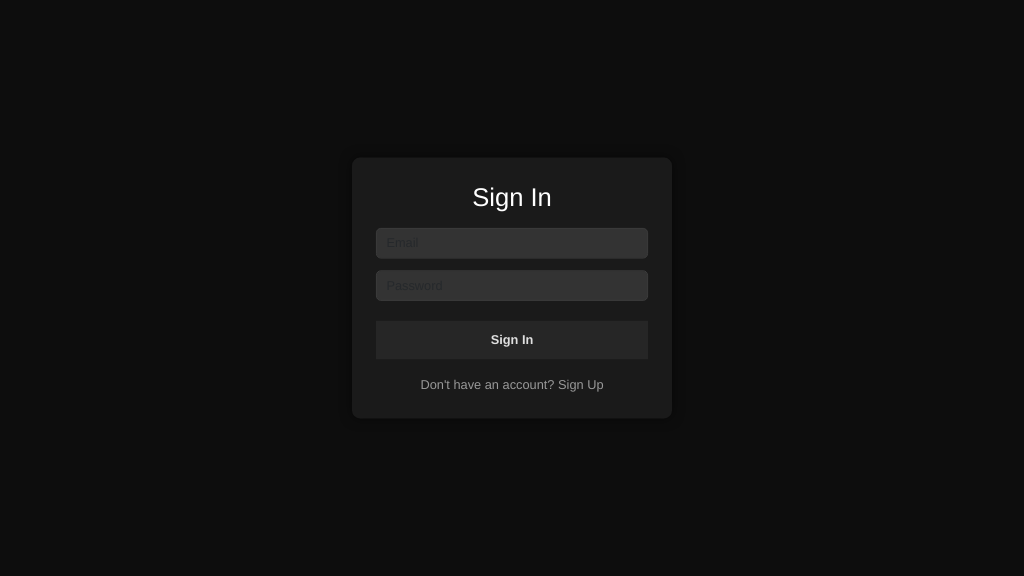
Repository: KidBillionaire/newapp
Page: public/index.html
These files come from the project's save history. The page is drawn as it stood at one moment and after the next save; the edit follows.
The browser window is 1280 px wide. The pictures show the whole page, at 80% of full size.

Above is the page before, as saved 2024-10-10 23:08:51.

### public/index.html
<!DOCTYPE html>
<html lang="en">
<head>
  <meta charset="UTF-8">
  <meta name="viewport" content="width=device-width, initial-scale=1.0">
  <title>Bluff Royale - Sign In & Sign Up</title>
  <link href="https://cdn.jsdelivr.net/npm/bootstrap@5.3.0/dist/css/bootstrap.min.css" rel="stylesheet">
  <style>
    body, html {
      height: 100%;
      margin: 0;
      font-family: 'Helvetica Neue', sans-serif;
      background: #0d0d0d;
      color: #e0e0e0;
    }

    .container {
      height: 100vh;
      display: flex;
      justify-content: center;
      align-items: center;
    }

    .auth-form {
      background-color: #1a1a1a;
      padding: 30px;
      border-radius: 10px;
      box-shadow: 0 0 15px rgba(0, 0, 0, 0.5);
      width: 400px;
      text-align: center;
    }

    .auth-form h2 {
      color: #ffffff;
      margin-bottom: 20px;
    }

    .form-control {
      background-color: #333;
      color: #fff;
      border: 1px solid #444;
      margin-bottom: 15px;
    }

    .btn-auth {
      width: 100%;
      padding: 12px;
      border: none;
      background: #262626;
      color: #e0e0e0;
      font-weight: bold;
      margin-top: 10px;
      transition: all 0.3s ease;
    }

    .btn-auth:hover {
      background-color: #595959;
    }

    .toggle-link {
      display: block;
      margin-top: 20px;
      color: #999;
      cursor: pointer;
    }

    .toggle-link:hover {
      color: #ccc;
    }
  </style>
</head>
<body>
  <div class="container">
    <!-- Authentication Form -->
    <div class="auth-form">
      <h2 id="form-title">Sign In</h2>

      <!-- Username Field (only visible for sign-up) -->
      <input type="text" id="username" class="form-control" placeholder="Username" style="display: none;">

      <!-- Email Field -->
      <input type="email" id="email" class="form-control" placeholder="Email" required>

      <!-- Password Field -->
      <input type="password" id="password" class="form-control" placeholder="Password" required>

      <!-- Auth Button -->
      <button id="auth-button" class="btn-auth">Sign In</button>

      <!-- Toggle Link for Switching between Sign In & Sign Up -->
      <span id="toggle-link" class="toggle-link">Don't have an account? Sign Up</span>
    </div>
  </div>

  <script>
    // HTML Elements
    const formTitle = document.getElementById('form-title');
    const usernameInput = document.getElementById('username');
    const emailInput = document.getElementById('email');
    const passwordInput = document.getElementById('password');
    const authButton = document.getElementById('auth-button');
    const toggleLink = document.getElementById('toggle-link');

    // State Variable to Track Form Mode
    let isSignUpMode = false;

    // Toggle between Sign In and Sign Up
    toggleLink.addEventListener('click', () => {
      isSignUpMode = !isSignUpMode;
      if (isSignUpMode) {
        formTitle.textContent = 'Sign Up';
        authButton.textContent = 'Sign Up';
        usernameInput.style.display = 'block';
        toggleLink.textContent = 'Already have an account? Sign In';
      } else {
        formTitle.textContent = 'Sign In';
        authButton.textContent = 'Sign In';
        usernameInput.style.display = 'none';
        toggleLink.textContent = "Don't have an account? Sign Up";
      }
    });

    // Handle Authentication (Sign In or Sign Up)
    authButton.addEventListener('click', async () => {
      const email = emailInput.value;
      const password = passwordInput.value;

      if (isSignUpMode) {
        const username = usernameInput.value;
        try {
          // API Call for Sign Up
          const response = await fetch('http://localhost:3000/users', {
            method: 'POST',
            headers: { 'Content-Type': 'application/json' },
            body: JSON.stringify({ username, email, password })
          });

          const data = await response.json();
          if (response.ok) {
            alert('Sign Up Successful!');
            window.localStorage.setItem('token', data.token); // Save the JWT
            window.location.href = 'homepage.html'; // Redirect to homepage (create if needed)
          } else {
            alert(data.message);
          }
        } catch (error) {
          console.error('Error during sign-up:', error);
        }
      } else {
        try {
          // API Call for Sign In
          const response = await fetch('http://localhost:3000/users/login', {
            method: 'POST',
            headers: { 'Content-Type': 'application/json' },
            body: JSON.stringify({ email, password })
          });

          const data = await response.json();
          if (response.ok) {
            alert('Sign In Successful!');
            window.localStorage.setItem('token', data.token); // Save the JWT
            window.location.href = 'homepage.html'; // Redirect to homepage (create if needed)
          } else {
            alert(data.message);
          }
        } catch (error) {
          console.error('Error during sign-in:', error);
        }
      }
    });
  </script>
</body>
</html>

After the next save:
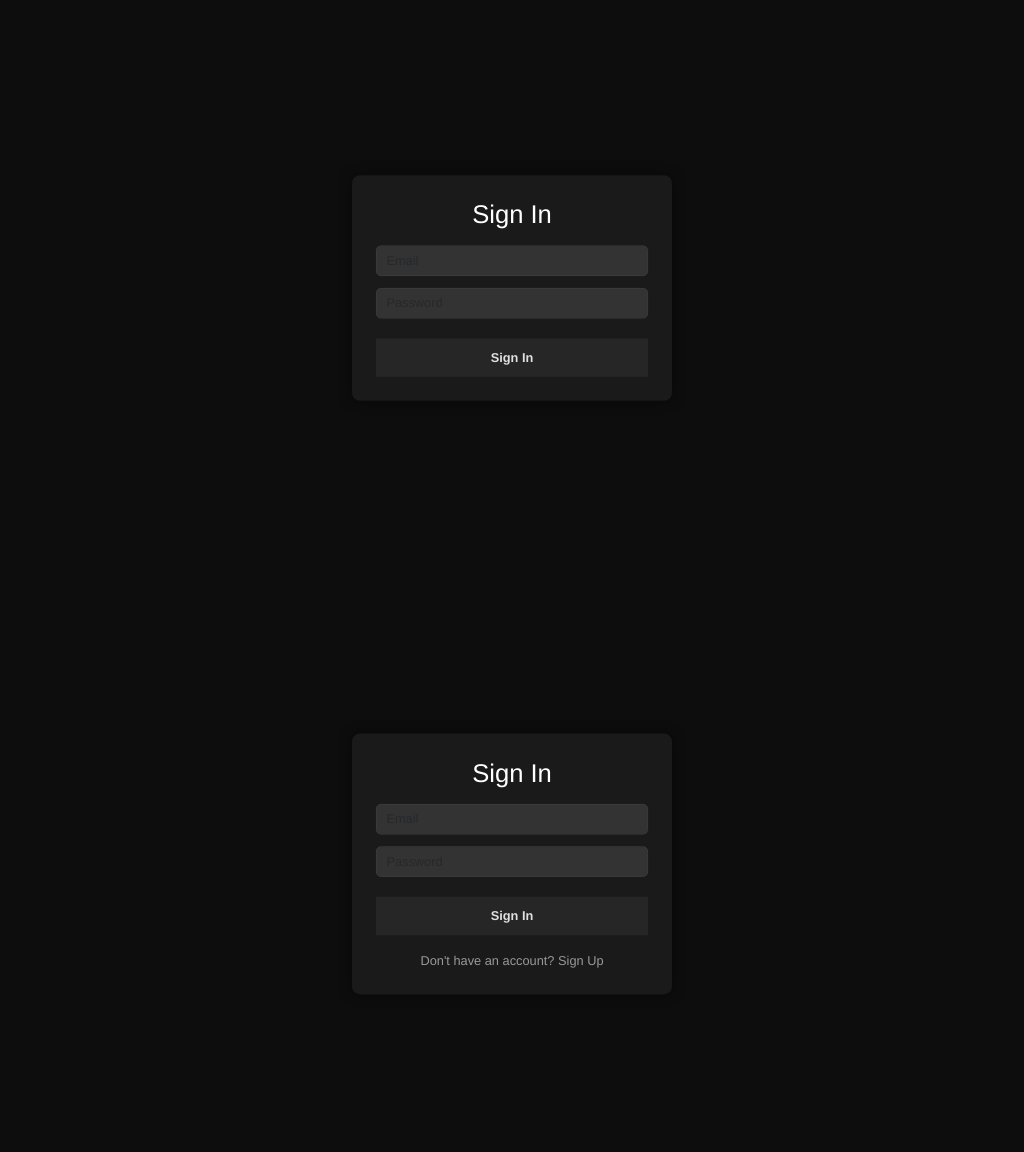
Saved 4 min 40 s later.
--- a/public/index.html
+++ b/public/index.html
@@ -1,3 +1,99 @@
+<!DOCTYPE html>
+<html lang="en">
+<head>
+  <meta charset="UTF-8">
+  <meta name="viewport" content="width=device-width, initial-scale=1.0">
+  <title>Sign In - Bluff Royale</title>
+  <link href="https://cdn.jsdelivr.net/npm/bootstrap@5.3.0/dist/css/bootstrap.min.css" rel="stylesheet">
+  <style>
+    body, html {
+      height: 100%;
+      margin: 0;
+      font-family: 'Helvetica Neue', sans-serif;
+      background: #0d0d0d;
+      color: #e0e0e0;
+    }
+    .container {
+      height: 100vh;
+      display: flex;
+      justify-content: center;
+      align-items: center;
+    }
+    .auth-form {
+      background-color: #1a1a1a;
+      padding: 30px;
+      border-radius: 10px;
+      box-shadow: 0 0 15px rgba(0, 0, 0, 0.5);
+      width: 400px;
+      text-align: center;
+    }
+    .auth-form h2 {
+      color: #ffffff;
+      margin-bottom: 20px;
+    }
+    .form-control {
+      background-color: #333;
+      color: #fff;
+      border: 1px solid #444;
+      margin-bottom: 15px;
+    }
+    .btn-auth {
+      width: 100%;
+      padding: 12px;
+      border: none;
+      background: #262626;
+      color: #e0e0e0;
+      font-weight: bold;
+      margin-top: 10px;
+      transition: all 0.3s ease;
+    }
+    .btn-auth:hover {
+      background-color: #595959;
+    }
+  </style>
+</head>
+<body>
+  <div class="container">
+    <div class="auth-form">
+      <h2>Sign In</h2>
+      <input type="email" id="email" class="form-control" placeholder="Email" required>
+      <input type="password" id="password" class="form-control" placeholder="Password" required>
+      <button id="auth-button" class="btn-auth">Sign In</button>
+      <span id="toggle-link" class="toggle-link" style="display: none;">Don't have an account? Sign Up</span>
+    </div>
+  </div>
+
+  <script>
+    // Handle Authentication
+    document.getElementById('auth-button').addEventListener('click', async () => {
+      const email = document.getElementById('email').value;
+      const password = document.getElementById('password').value;
+
+      try {
+        // API Call for Sign In
+        const response = await fetch('http://localhost:3000/users/login', {
+          method: 'POST',
+          headers: { 'Content-Type': 'application/json' },
+          body: JSON.stringify({ email, password })
+        });
+
+        const data = await response.json();
+        if (response.ok) {
+          alert('Sign In Successful!');
+          window.localStorage.setItem('token', data.token); // Save the JWT
+          window.location.href = 'lobby.html'; // Redirect to lobby page
+        } else {
+          alert(data.message);
+        }
+      } catch (error) {
+        console.error('Error during sign-in:', error);
+      }
+    });
+  </script>
+</body>
+</html>
+
+
 <!DOCTYPE html>
 <html lang="en">
 <head>
